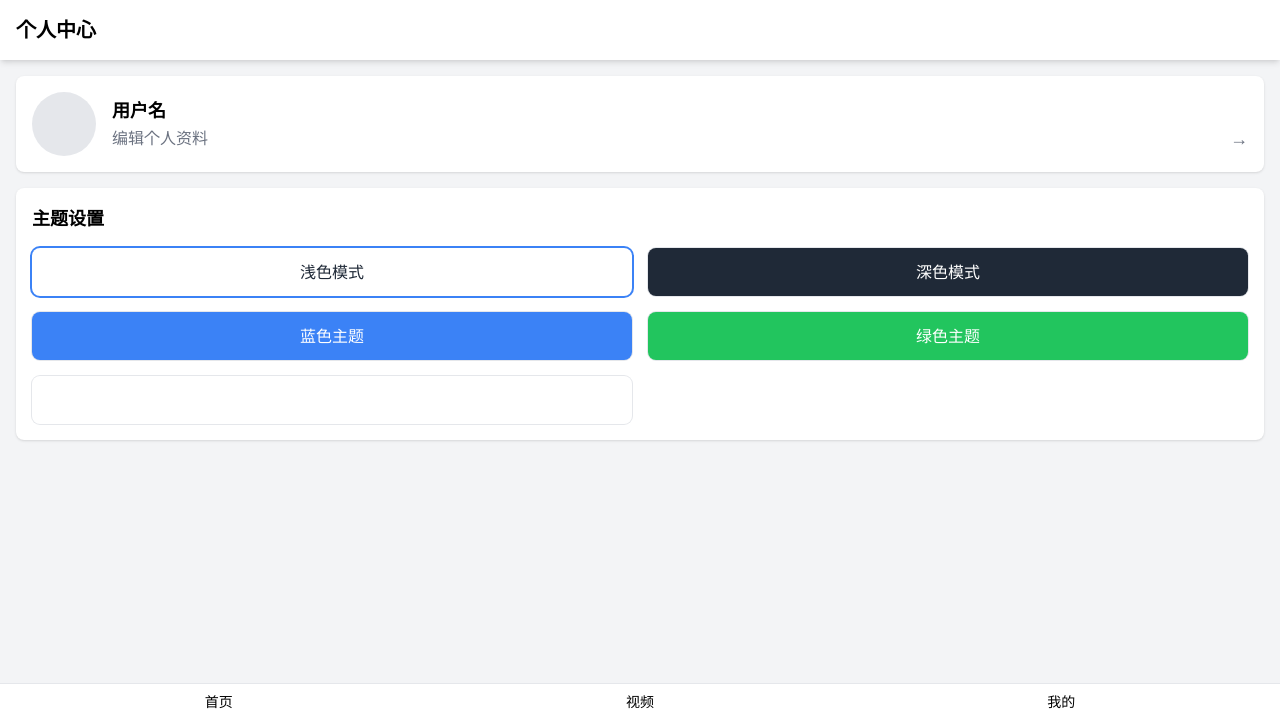
Repository: Look625/simpleNewsForAIRace
Page: /profile
An editor plug-in stored every save of this project. The page is shown before and after the next save, followed by the edit.
The browser window is 1280 px wide. The pictures show the whole page.
The project was rebuilt for these pictures with package versions that can differ from the ones it lists, and the page was loaded fresh each time. Also part of the build but not shown: vite.config.ts.

Above is the page before, as saved 2025-02-24 15:17:03.

After the next save:
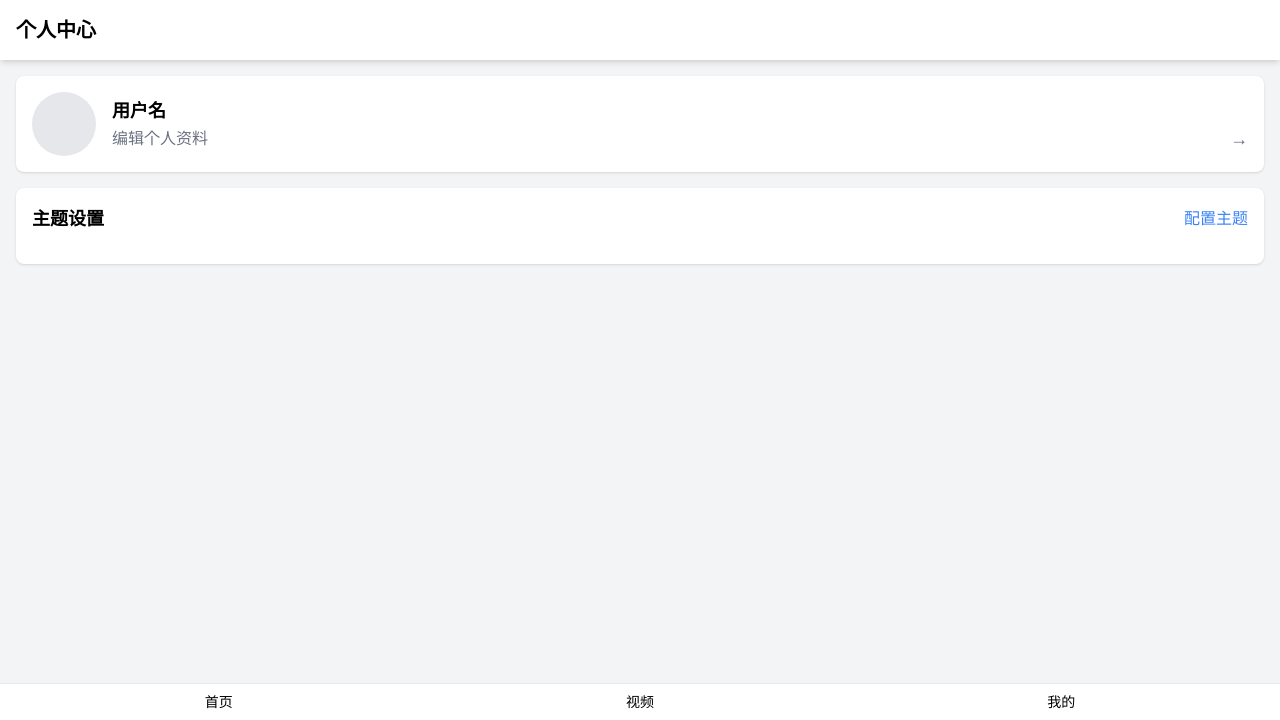
Saved 14 s later.
--- a/src/views/Profile.vue
+++ b/src/views/Profile.vue
@@ -21,15 +21,23 @@
 
       <!-- 主题设置部分 -->
       <div class="mt-4 bg-white p-4 rounded-lg shadow">
-        <h3 class="text-lg font-semibold mb-4">主题设置</h3>
+        <div class="flex items-center justify-between mb-4">
+          <h3 class="text-lg font-semibold">主题设置</h3>
+          <button
+            @click="router.push('/profile/theme-config')"
+            class="text-blue-500 hover:text-blue-600"
+          >
+            配置主题
+          </button>
+        </div>
         <div class="grid grid-cols-2 gap-4">
           <button
-            v-for="theme in themes"
+            v-for="theme in themeStore.activeThemes"
             :key="theme.value"
             @click="changeTheme(theme.value)"
-            class="p-3 rounded-lg flex items-center justify-center"
+            class="h-16 rounded-lg flex items-center justify-center transition-transform"
             :class="[
-              currentTheme === theme.value ? 'ring-2 ring-blue-500' : 'ring-1 ring-gray-200',
+              currentTheme === theme.value ? 'ring-2 ring-blue-500 scale-95' : 'ring-1 ring-gray-200',
               theme.bgClass
             ]"
           >
